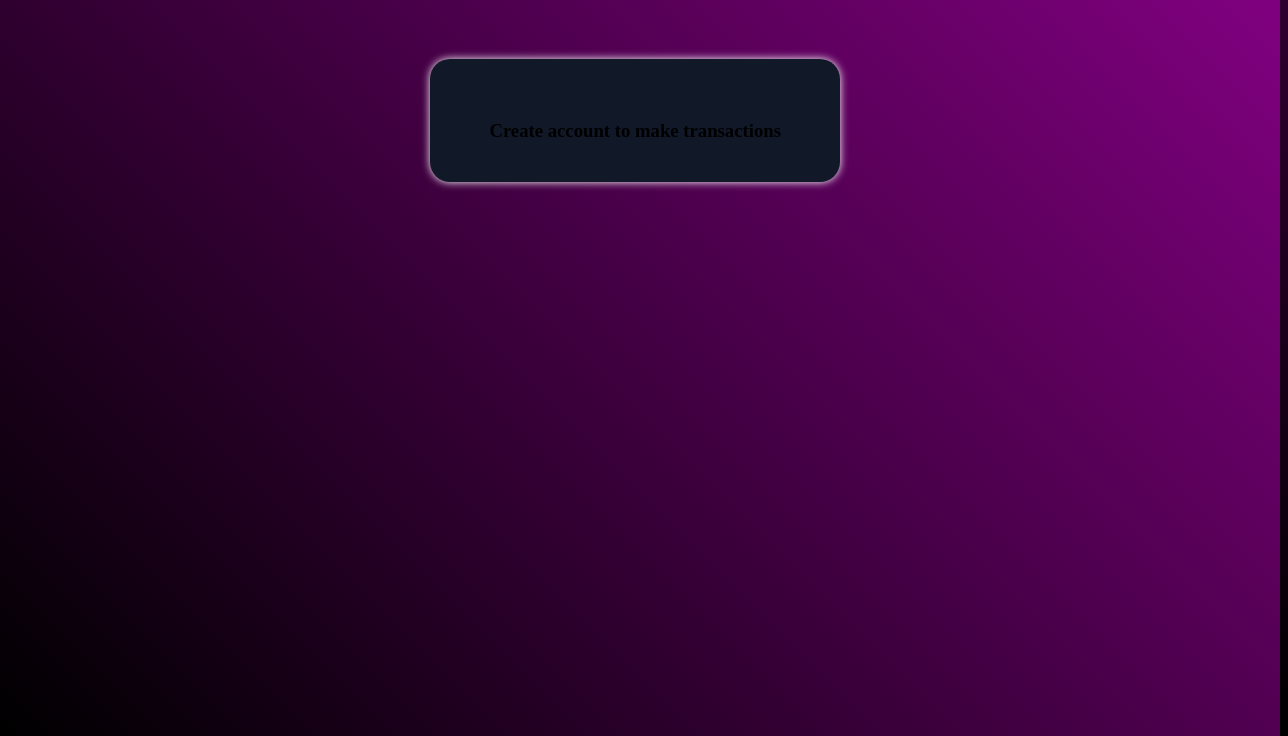
Repository: PeruriNaresh/Bank_Project
Page: http://localhost/bank_project/accountdetails.jsp
An editor plug-in stored every save of this project. The page is shown before and after the next save, followed by the edit.
The browser window is 1280 px wide. The page is 1288 px wide, so the pictures cover 1288 px, including what lies to the right of the window. The pictures show the whole page.
The page is served by Tomcat 9.

Above is the page before, as saved 2024-10-26 10:54:25.

After the next save:
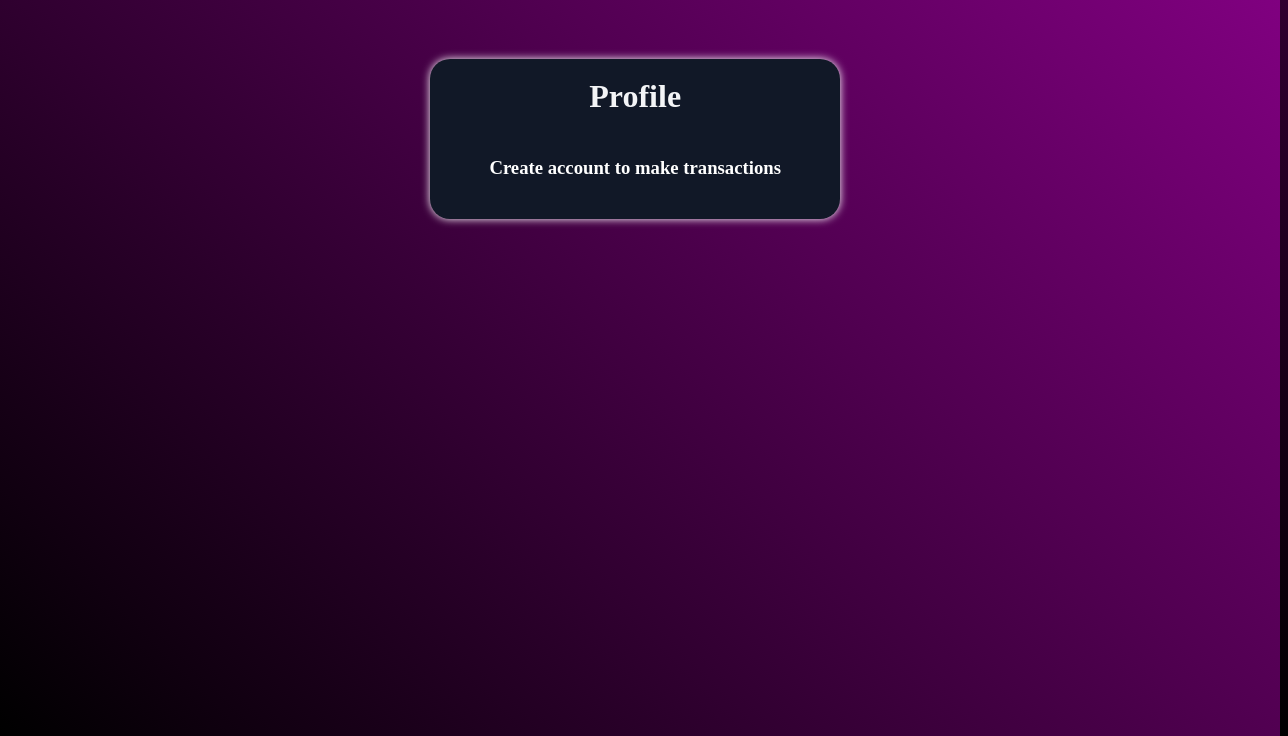
Saved 25 s later.
--- a/bank_project/src/main/webapp/accountdetails.jsp
+++ b/bank_project/src/main/webapp/accountdetails.jsp
@@ -64,10 +64,10 @@
 <body>
 	<div id="container">
 		<br>
+		<h1 id="title">Profile</h1>
 		<%Bank bank=(Bank)session.getAttribute("bank");
 		if(bank!=null && bank.getAccountnumber()!=0)
     	{%>
-		<h1 id="title">Profile</h1>
 		<h3>Account Number   : <%= bank.getAccountnumber()%></h3>
 		<h3>Phone Number  : <%= bank.getPhonenumber()%></h3>
 		<h3>Address  : <%= bank.getAddress()%></h3>
@@ -78,7 +78,7 @@
 		}
     	else
     	{
-    		out.println("<h3 style='color:black;'>Create account to make transactions</h3>");
+    		out.println("<h3 style='color:white;'>Create account to make transactions</h3>");
     	}%>
 	</div>
 </body>
